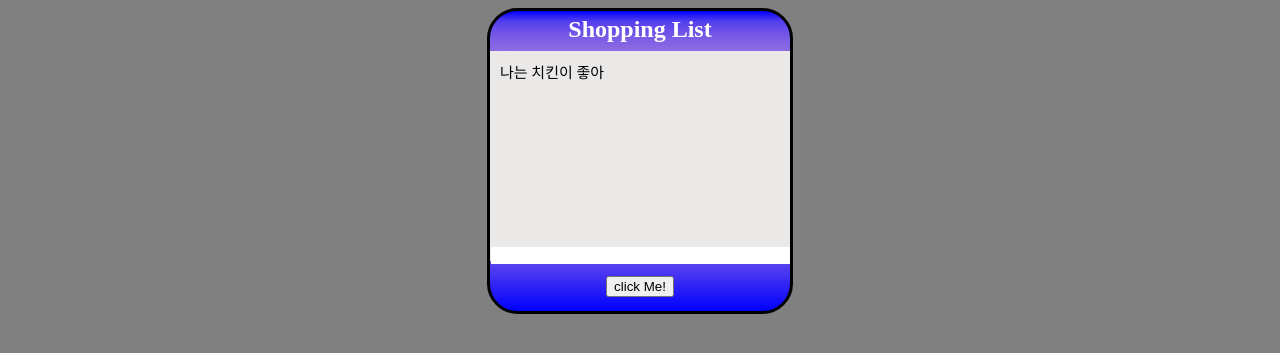
Repository: DevMinwoo-Jung/JavaScript101
Page: WebApIs/shoppingApp/index.html
An editor plug-in stored every save of this project. The page is shown before and after the next save, followed by the edit.
The browser window is 1280 px wide. The pictures show the whole page.

Above is the page before, as saved 2021-06-14 10:28:32.

After the next save:
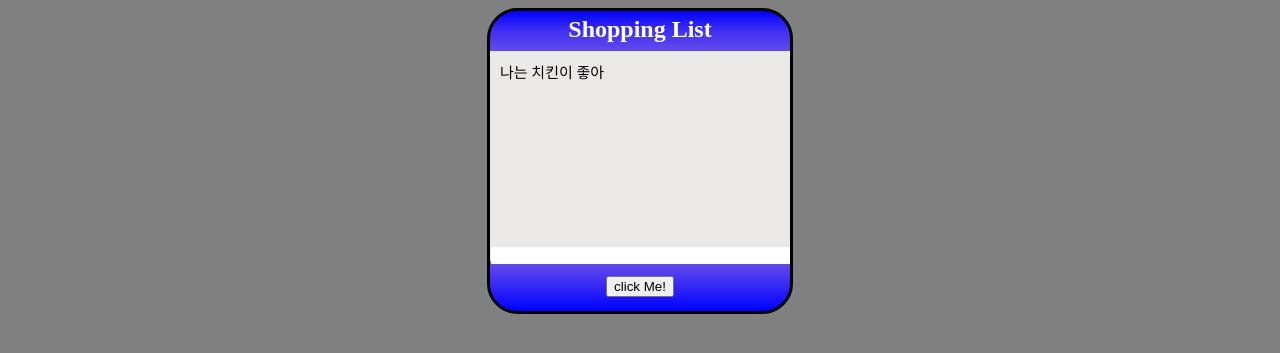
Saved 10 s later.
--- a/WebApIs/shoppingApp/style.css
+++ b/WebApIs/shoppingApp/style.css
@@ -16,7 +16,7 @@ body {
   position: relative;
   width: 300px;
   border-radius: 10%;
-  background: linear-gradient(blue, 10%, pink, blue);
+  background: linear-gradient(blue, 20%, pink, blue);
 }
 
 .list__div__top {
